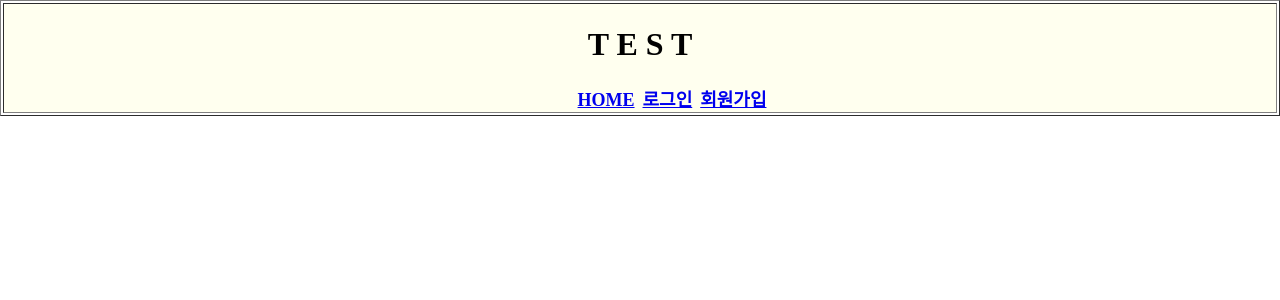
Repository: CHANGMAN-LEE/Java_ee
Page: workspace/test/WebContent/test/index.html
The author's editor kept a copy of each file at every save. The page is drawn from the files as they stood at one save, then again after the next save.
The browser window is 1280 px wide. The pictures show the whole page.

Above is the page before, as saved 2020-07-09 05:51:49.

After the next save:
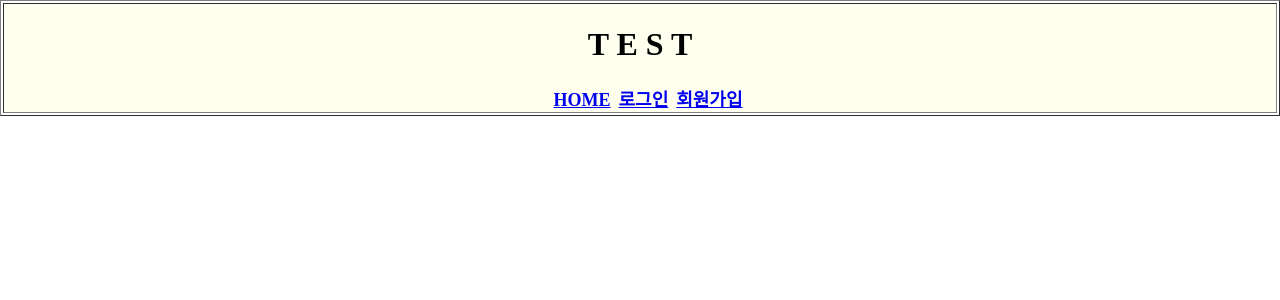
Saved 14 s later.
--- a/workspace/test/WebContent/test/index.html
+++ b/workspace/test/WebContent/test/index.html
@@ -9,7 +9,7 @@
 	<tr height="100" colspan="2" align="center" style="background-color:#FFFFEBCD">
 		<td align="center">
 			<h1>T E S T</h1>
-			&nbsp;&nbsp;&nbsp;&nbsp;&nbsp;&nbsp;&nbsp;&nbsp;&nbsp;&nbsp;&nbsp;&nbsp;&nbsp;&nbsp;&nbsp;&nbsp;
+			&emsp;
 			<a href="../test/index.html"><font size="4"><strong>HOME</strong></font></a>&nbsp;
 			<a href="../test/loginForm.jsp"><font size="4"><strong>로그인</strong></font></a>&nbsp;
 			<a href="../test/writeForm.jsp"><font size="4"><strong>회원가입</strong></font></a>&nbsp;
